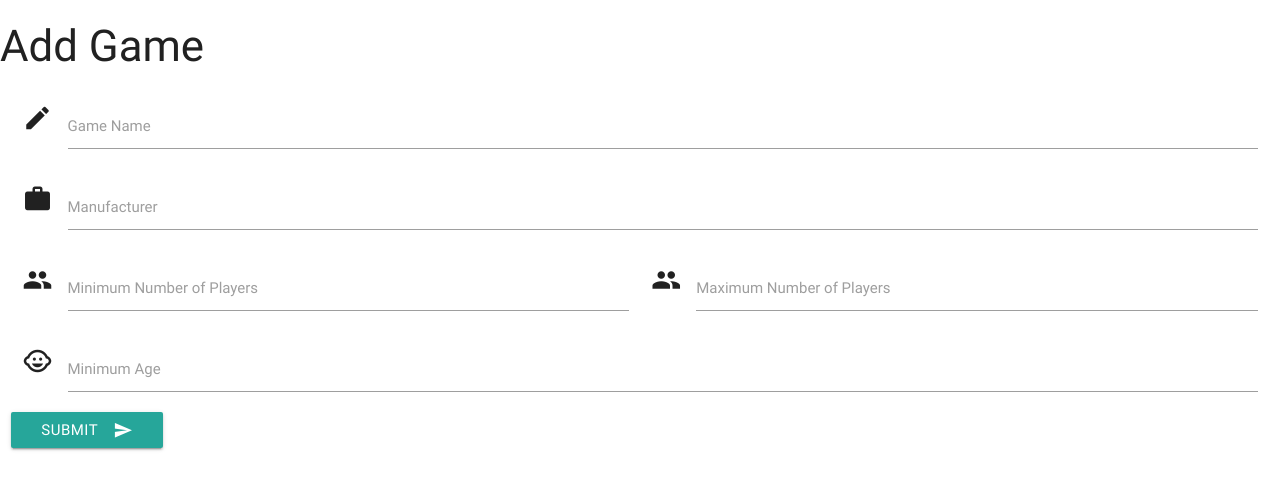
Repository: arcorco/dcd-milestone
Page: http://localhost/add_game
The author's editor kept a record of every edit. The page is drawn from the files as they stood at one moment, then again after the next edit.
The browser window is 1280 px wide. The pictures show the whole page.
Some web libraries are served in a nearby version. The page is served by the project's application, run on Flask 3 (app.py).

Above is the page before.

After the next edit:
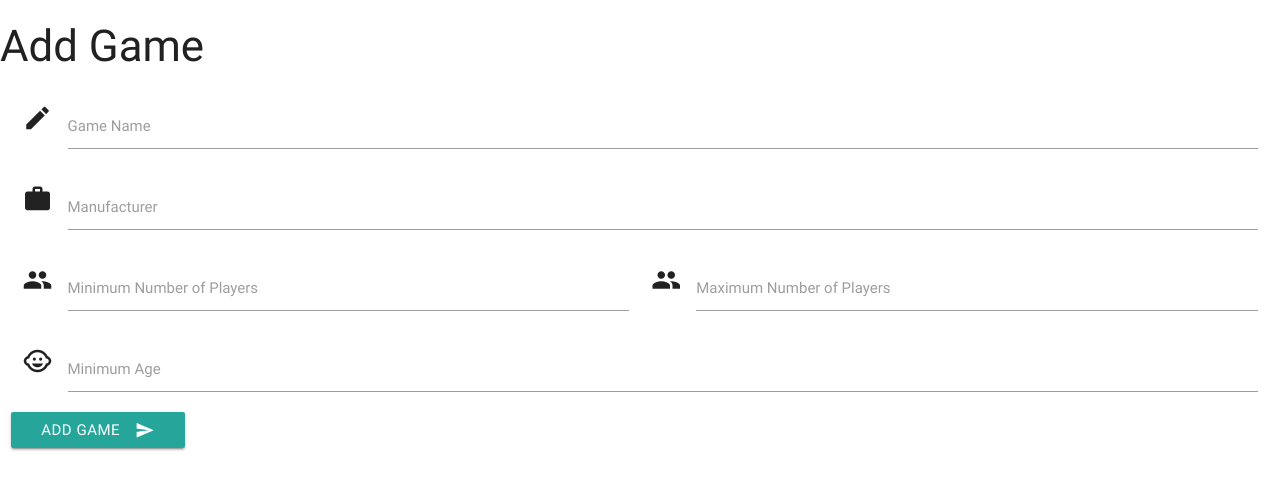
The edit:
--- a/templates/addgame.html
+++ b/templates/addgame.html
@@ -30,9 +30,10 @@
         <label for="age_range">Minimum Age</label>
       </div>
       <div class="row">
-      <button class="btn waves-effect waves-light" type="submit" name="action">Submit
+        <button class="btn waves-effect waves-light" type="submit" name="action">Add Game
     <i class="material-icons right">send</i>
   </button>
+      </div>
     </div>
   </form>
 </div>
